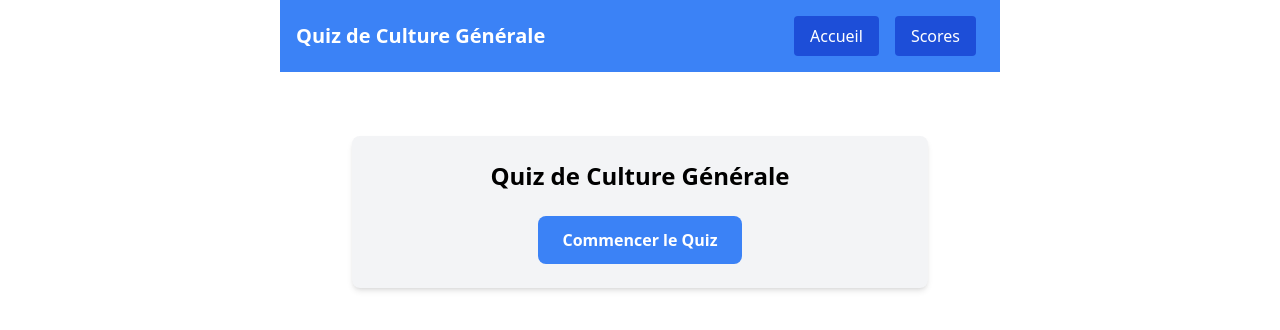
Repository: snaike71/quizvue
Page: /
The author's editor kept a copy of each file at every save. The page is drawn from the files as they stood at one save, then again after the next save.
The browser window is 1280 px wide. The pictures show the whole page.
The project was rebuilt for these pictures with package versions that can differ from the ones it lists, and the page was loaded fresh each time. Also part of the build but not shown: vite.config.ts, src/components/QuizProgress.vue, src/components/QuizQuestion.vue, src/components/QuizTimer.vue, src/components/Leaderboard.vue.

Above is the page before, as saved 2024-10-31 16:19:42.

After the next save:
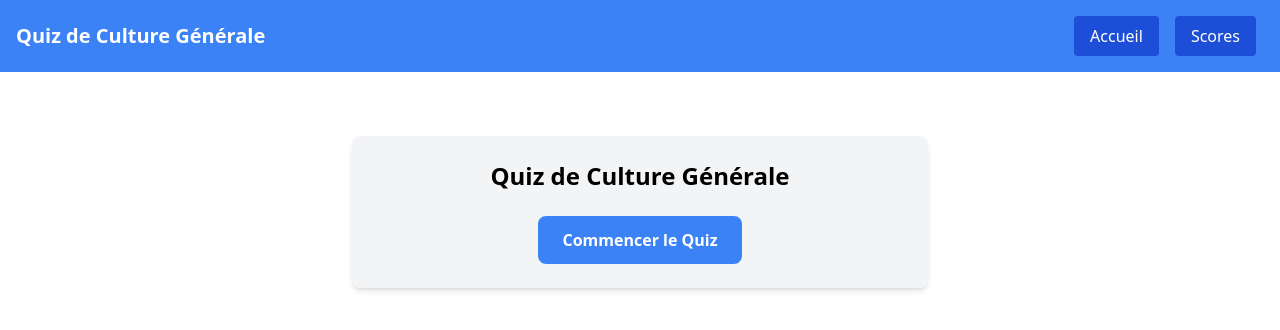
Saved 4 s later.
--- a/src/App.vue
+++ b/src/App.vue
@@ -58,7 +58,7 @@ export default defineComponent({
 
 <style>
 .app-container {
-  width: 100vh;
+  width: 100vi;
   margin: 0 auto;
 }
 </style>
